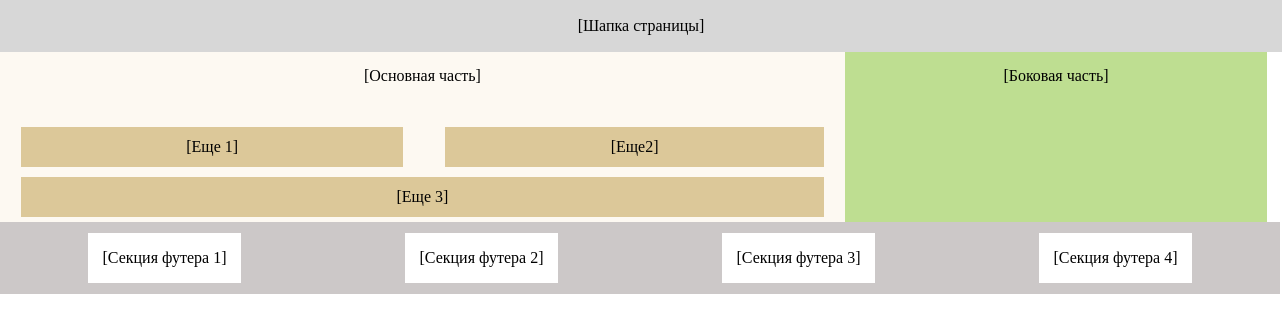
Repository: VictoriSyh/week7
Page: index.html
The author's editor kept a copy of each file at every save. The page is drawn from the files as they stood at one save, then again after the next save.
The browser window is 1280 px wide. The page is 1282 px wide, so the pictures cover 1282 px, including what lies to the right of the window. The pictures show the whole page.

Above is the page before, as saved 2025-01-02 18:03:28.

### index.html
<!DOCTYPE html>
<html lang="ru">
<head>
    <link rel="stylesheet" href="/styles/normalize.css">
    <link rel="stylesheet" href="/styles/style.css">
    <meta charset="UTF-8">
    <meta name="viewport" content="width=device-width, initial-scale=1.0">
    <link rel="shortcut icon" href="https://www.svgrepo.com/show/529024/home-wifi-angle.svg"
    type="image/svg">
    <title>Домашняя работа</title>
</head>
<body>
<header>
    [Шапка страницы]
</header>
    <main>
<div class="mainpart">
    <div class="left">
    <div class="block">[Основная часть]</div>
    <div class="one">[Еще 1]</div>
    <div class="two">[Еще2]</div>
    <div class="three">[Еще 3]</div>
</div>
<div class="right_block">
    <div class="text">[Боковая часть]</div>
</div>
</div>

</main>
    <footer>
        <div class="section">[Секция футера 1]</div>
        <div class="section">[Секция футера 2]</div>
        <div class="section">[Секция футера 3]</div>
        <div class="section">[Секция футера 4]</div>
    </footer>
</body>
</html

### styles/style.css
header{
    display: grid;
    align-items: center;
    justify-items: center;
    border: 1px solid rgb(215, 215, 215);
    background-color: rgb(215, 215, 215);
    height: 50px;
    width: 100%;
}
main{
    display: grid;
    width: 100%;
}

.mainpart{
    display: grid;
    grid-template-columns: 33% 33% 33%;
}

.left{
    display: grid;
    grid-template-rows: 70px 50px 50px;
    grid-column:1/3;
    background-color:rgb(253, 249, 242)
}

.block{
    display: grid;
    grid-row: 1/2;
    grid-column:1/3;
    margin: 15px;
    text-align: center;
}

.right_block{
    grid-row: 1/2;
    grid-column:3/4;
    background-color: rgb(190, 222, 145);
    text-align: center;
}

.text{
    margin: 15px;
}

.three{
    display: grid;
    grid-row: 3/4;
    grid-column:1/3;
    place-items: center;
    margin: auto;
    background-color: rgb(220, 200, 153);
    width: 95%;
    height: 80%;
}

.one{
    display: grid;
    grid-row: 2/3;
    grid-column:1/2;
    place-items: center;
    margin: auto;
    background-color: rgb(220, 200, 153);
    width: 90%;
    height: 80%;
}

.two{
    display: grid;
    grid-row: 2/3;
    grid-column:2/3;
    place-items: center;
    margin: auto;
    background-color: rgb(220, 200, 153);
    width: 90%;
    height: 80%;
}

footer{
    display: grid;
    grid-template-columns: repeat(auto-fit, minmax(200px, 1fr));
    gap: 10px;
    padding: 10px;
    justify-items: center;
    align-items: center;
    border: 1px solid rgb(204, 200, 200);
    background-color: rgb(204, 200, 200);
}
.section{
    display: grid;
    background-color: white;
    width: 50%;
    height: 50px;
    place-items: center;
}

Loaded but not shown: styles/normalize.css (library)

After the next save:
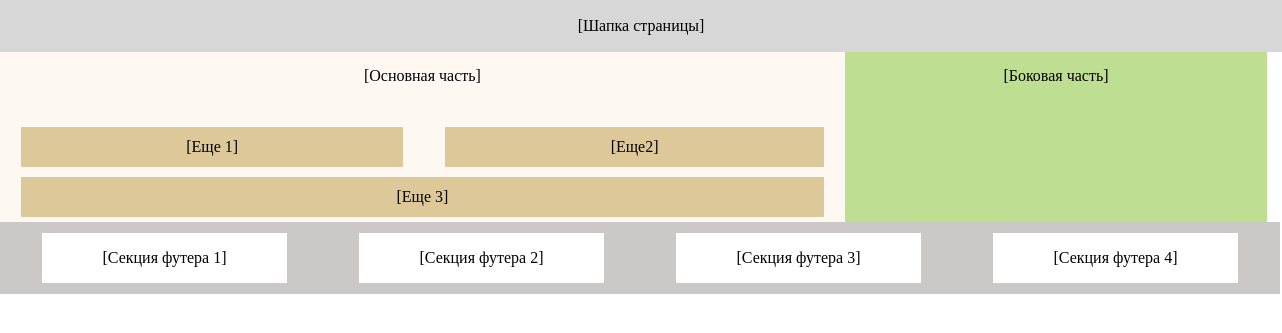
Saved 4 min 2 s later.
--- a/styles/style.css
+++ b/styles/style.css
@@ -89,7 +89,7 @@ footer{
 .section{
     display: grid;
     background-color: white;
-    width: 50%;
+    width: 80%;
     height: 50px;
     place-items: center;
 }
